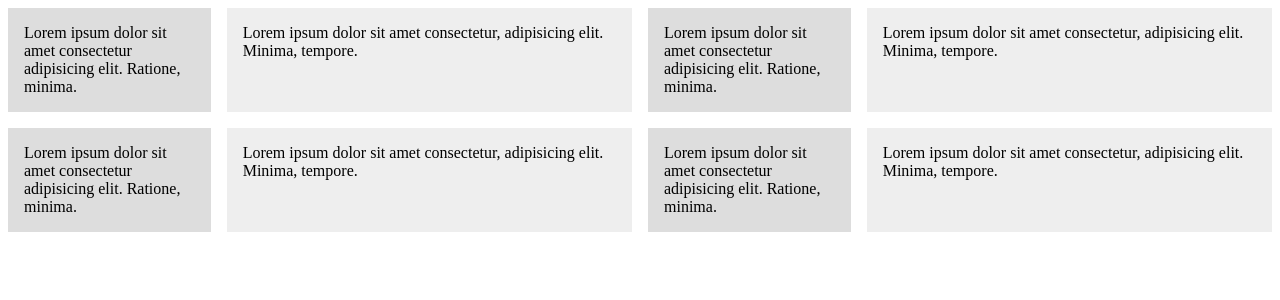
Repository: manojsatya/Web_development
Page: CSS_Grid/index2.html
An editor plug-in stored every save of this project. The page is shown before and after the next save, followed by the edit.
The browser window is 1280 px wide. The pictures show the whole page.

Above is the page before, as saved 2019-07-03 12:06:58.

After the next save:
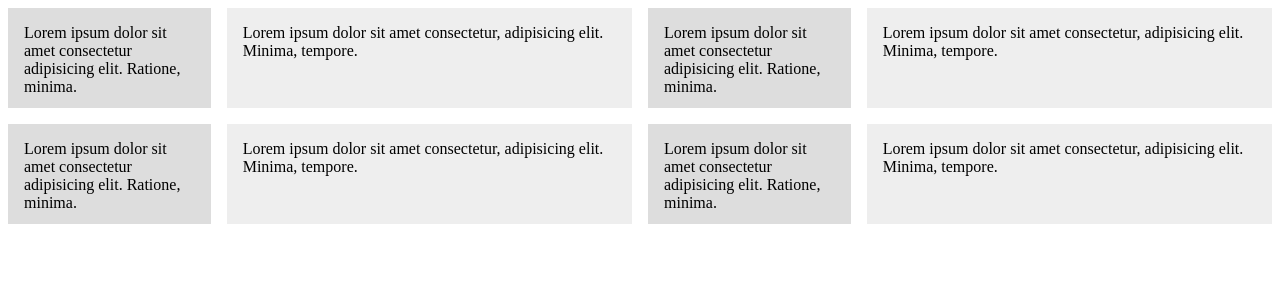
Saved 107 s later.
--- a/CSS_Grid/index2.html
+++ b/CSS_Grid/index2.html
@@ -11,6 +11,7 @@
         display: grid;
         grid-template-columns: repeat(2, 1fr 2fr);
         grid-gap: 1em;
+        grid-auto-rows: 100px;
 
     }
     .wrapper > div {

After the save that followed:
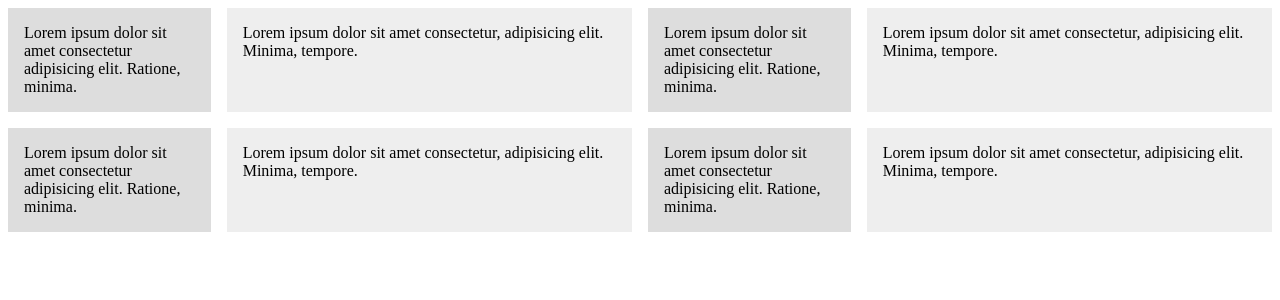
Saved 24 s later.
--- a/CSS_Grid/index2.html
+++ b/CSS_Grid/index2.html
@@ -11,7 +11,7 @@
         display: grid;
         grid-template-columns: repeat(2, 1fr 2fr);
         grid-gap: 1em;
-        grid-auto-rows: 100px;
+        grid-auto-rows: minmax(100px, auto);
 
     }
     .wrapper > div {
